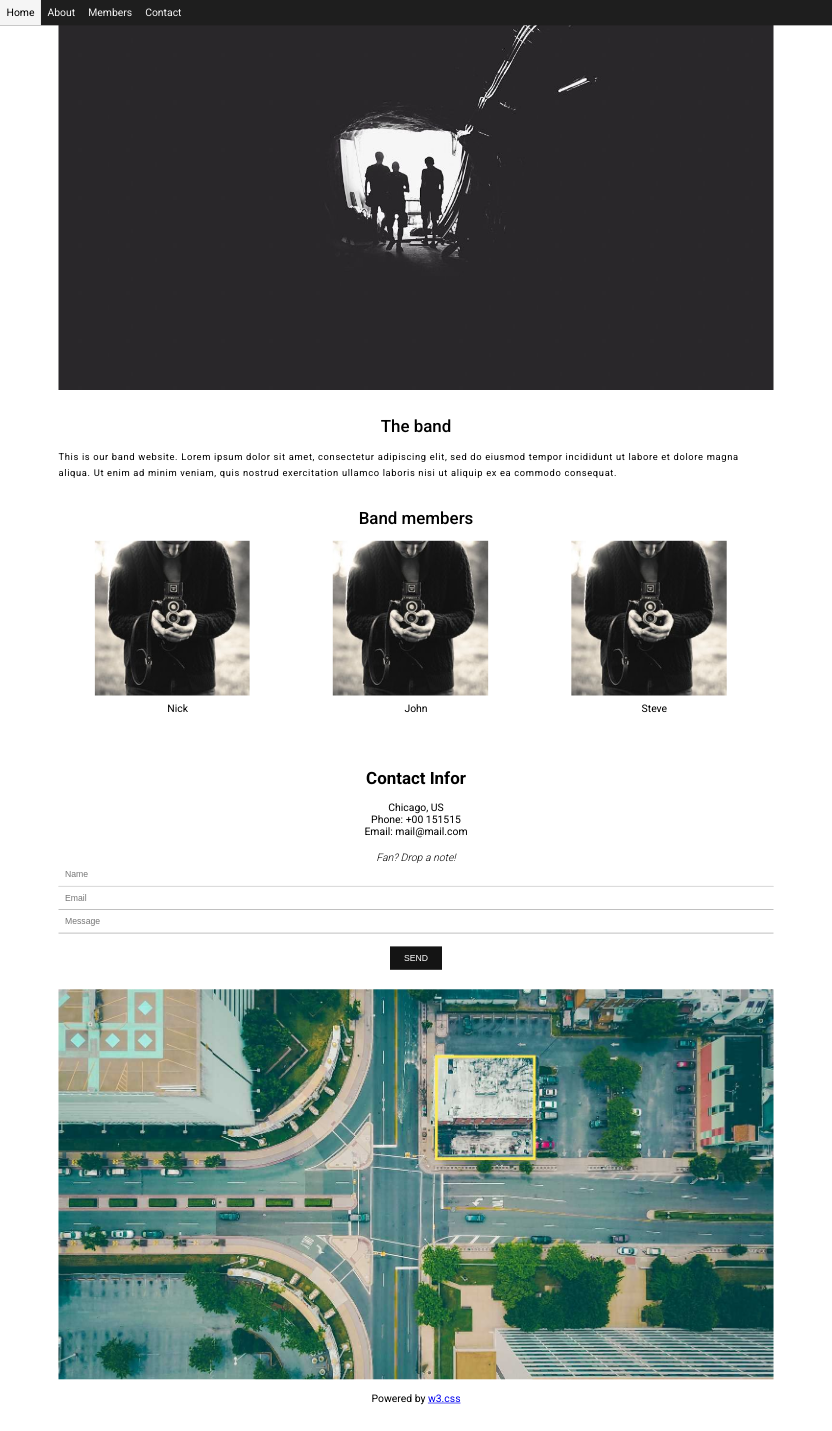
Repository: hieu-22/w3_band_UI
Page: index.html
These files come from the project's save history. The page is drawn as it stood at one moment and after the next save; the edit follows.
The browser window is 1280 px wide. The pictures show the whole page, at 65% of full size.

Above is the page before, as saved 2022-12-30 10:46:04.

After the next save:
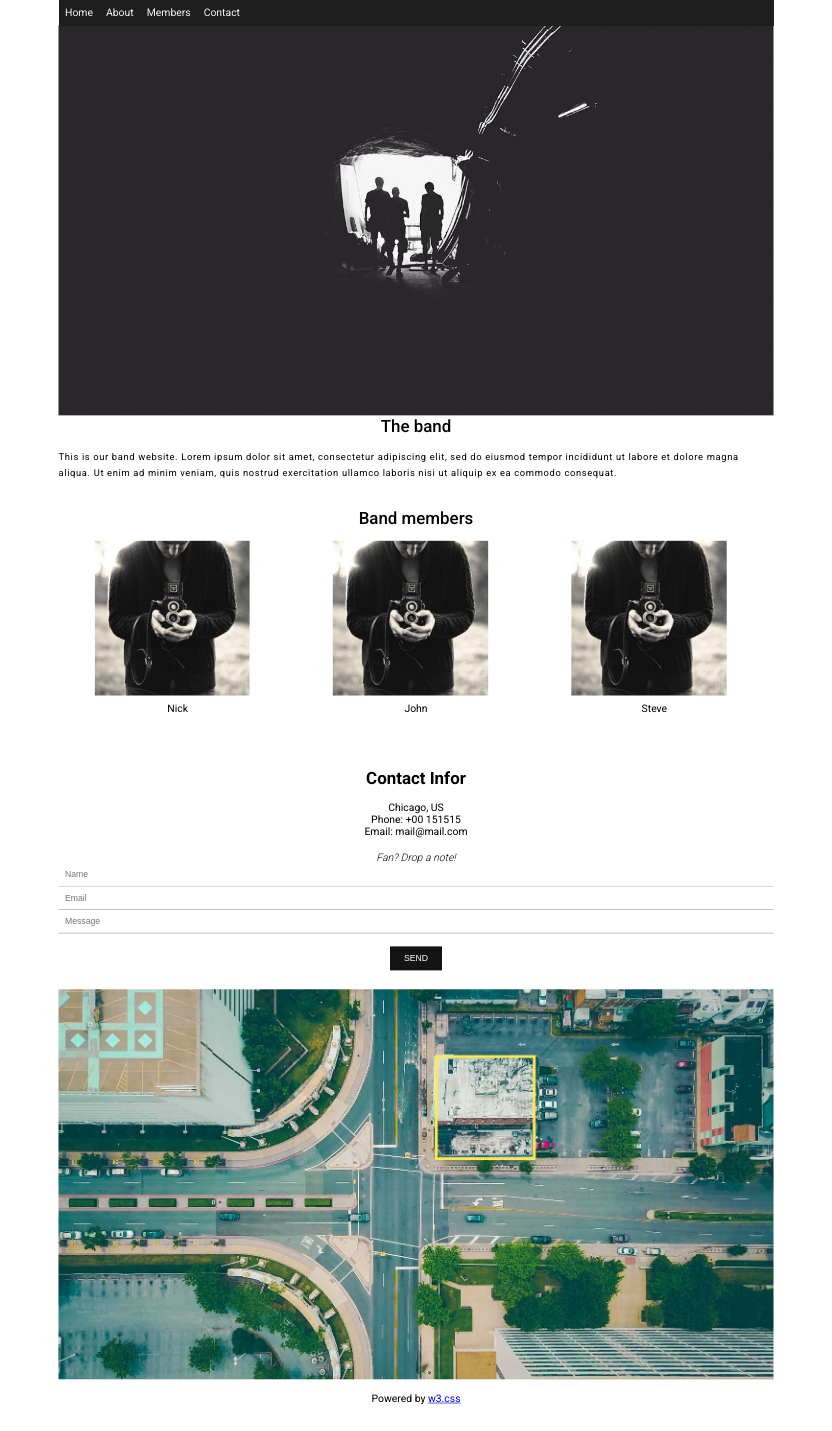
Saved 2 min 13 s later.
--- a/assets/css/style.css
+++ b/assets/css/style.css
@@ -17,7 +17,7 @@
 }
 
 .navigation-bar {
-    position: absolute;
+    position: sticky;
     top: 0;
     left: 0;
     width: 100%;

After the save that followed:
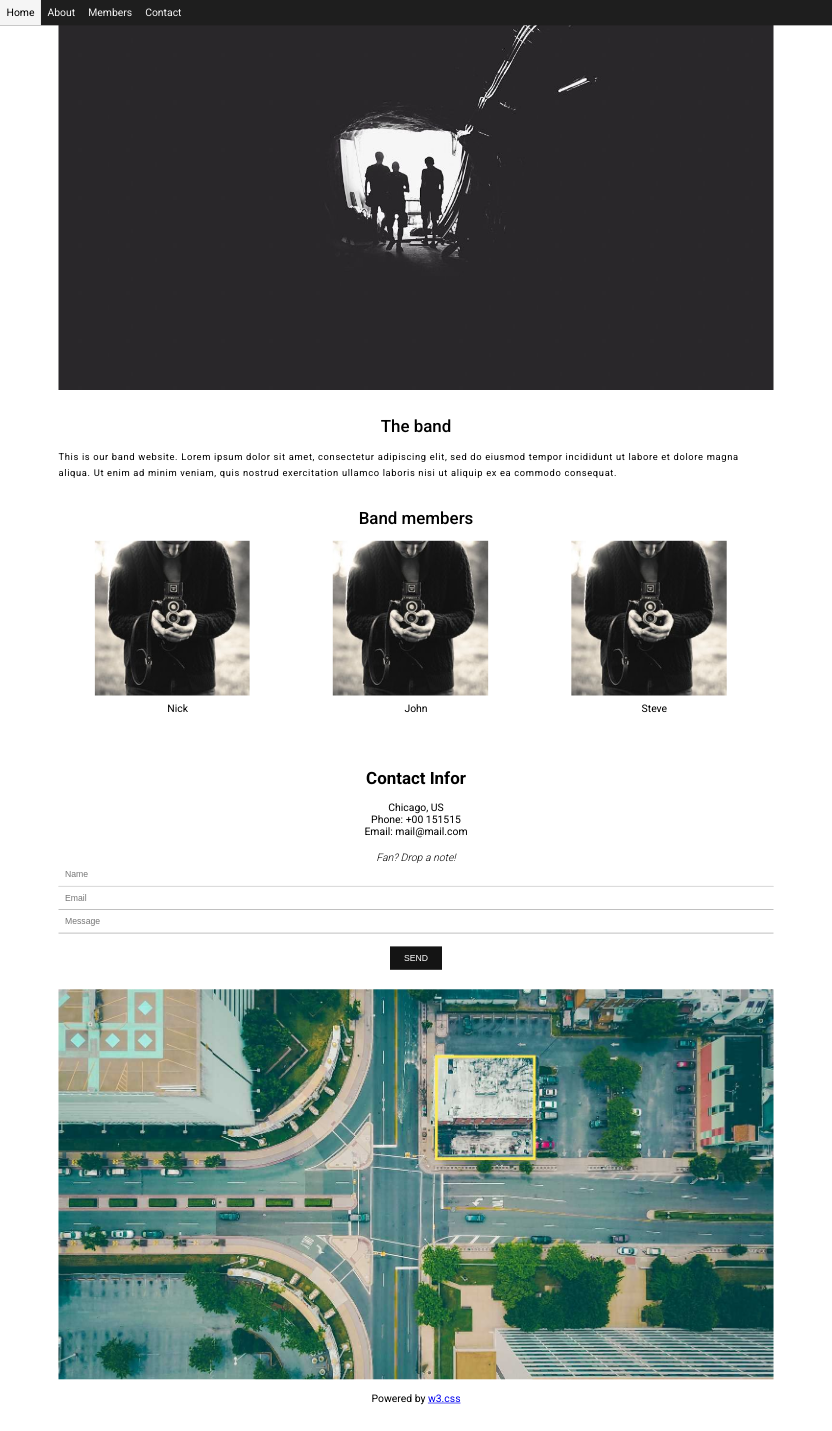
Saved 2 min 34 s later.
--- a/assets/css/style.css
+++ b/assets/css/style.css
@@ -17,7 +17,7 @@
 }
 
 .navigation-bar {
-    position: sticky;
+    position: absolute;
     top: 0;
     left: 0;
     width: 100%;
